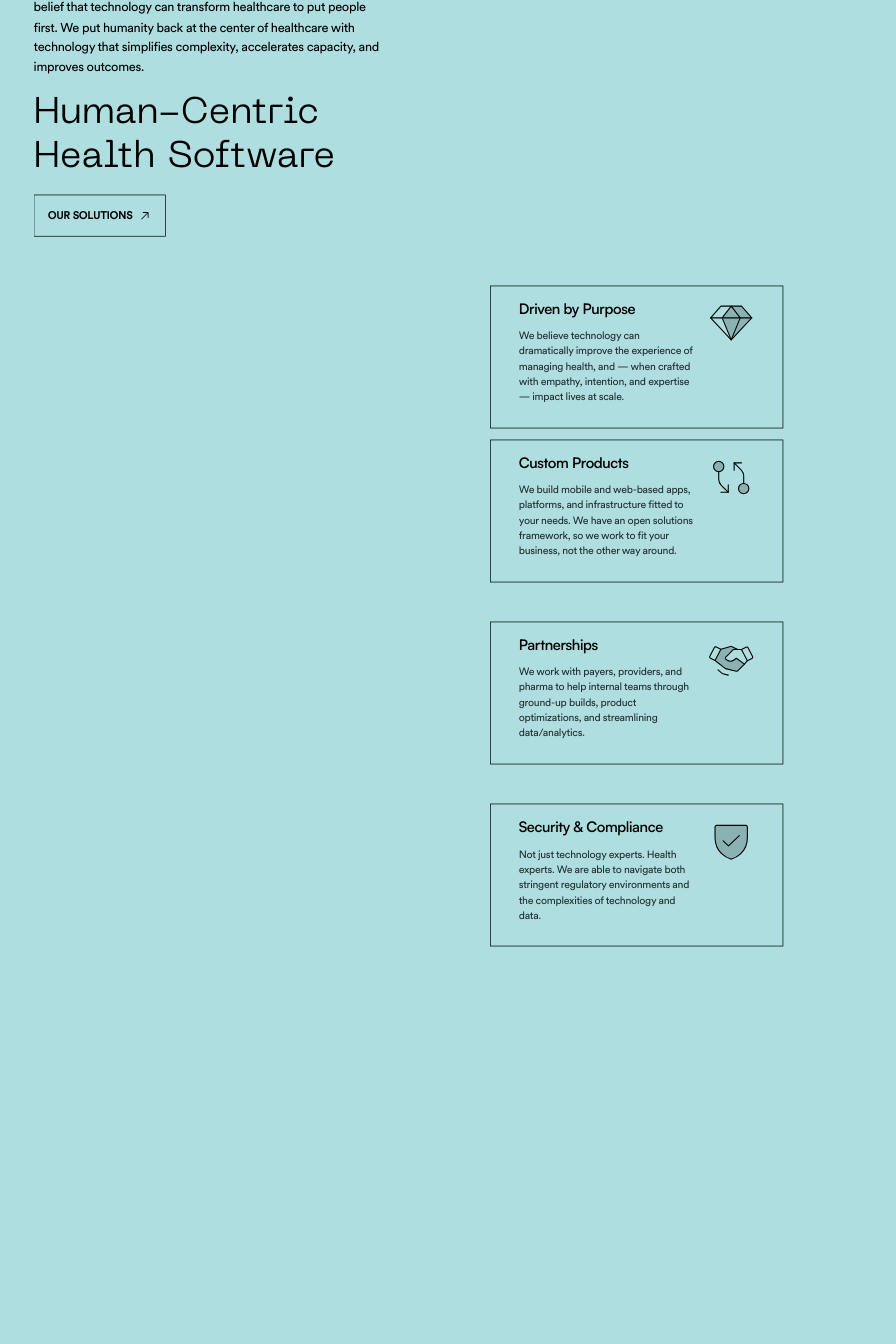
Repository: nikhilsinghrathore1/CAC_Ki_Majdoori
Page: /
The author's editor kept a copy of each file at every save. The page is drawn from the files as they stood at one save, then again after the next save.
The browser window is 1280 px wide. The pictures show the part of the page from y = 960 to 2880 px (the page is 2880 px tall), at 70% of full size.
The project was rebuilt for these pictures with package versions that can differ from the ones it lists, and the page was loaded fresh each time. Also part of the build but not shown: vite.config.ts.

Above is the page before, as saved 2024-07-24 23:40:06.

After the next save:
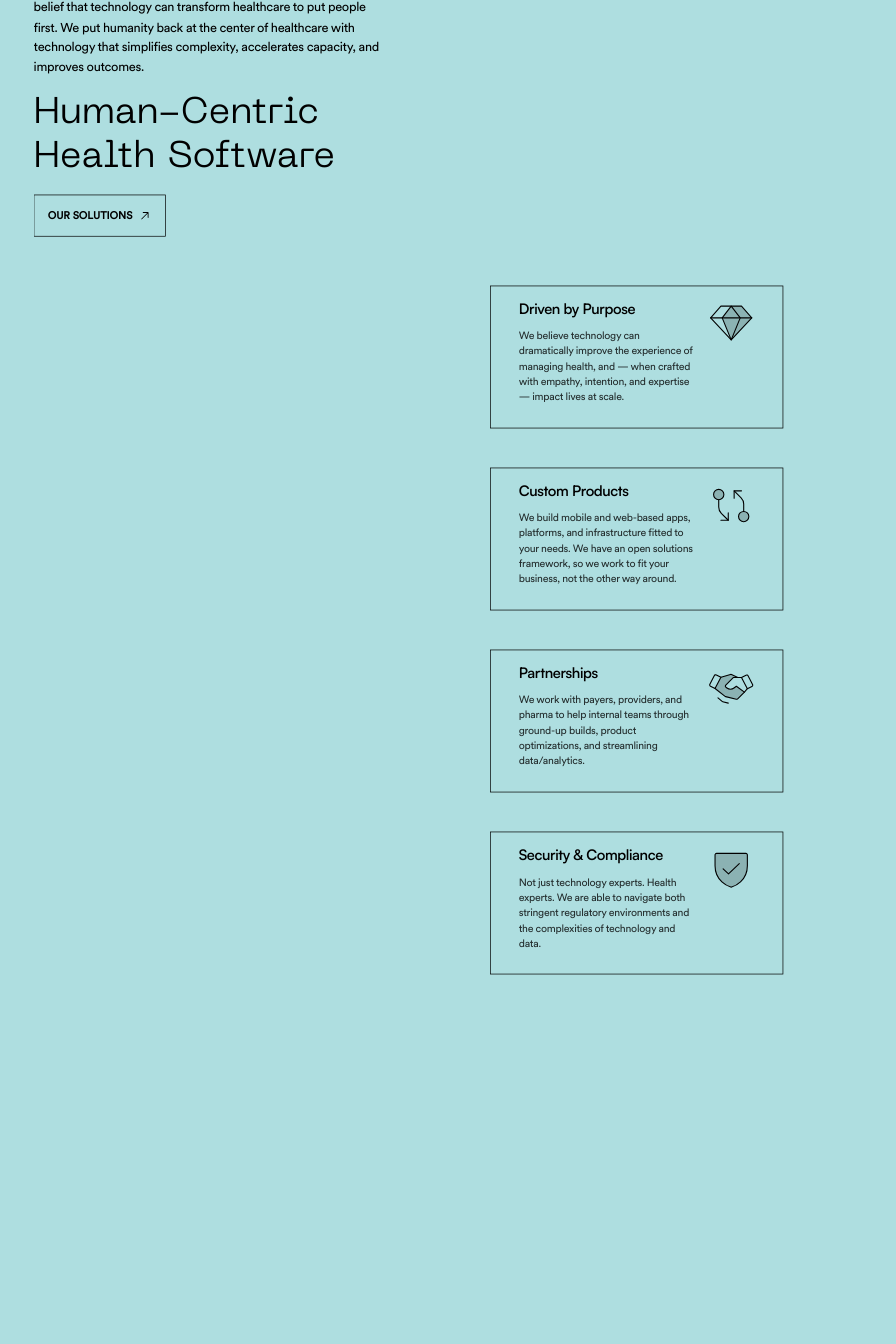
Saved 4 s later.
--- a/src/Pages/ThirdTest.tsx
+++ b/src/Pages/ThirdTest.tsx
@@ -25,7 +25,7 @@
 </svg>}/>
 
                               </div>
-                              <div className=' w-[77%] mt-4 origin-center ml-3  transition-all  pt-4  flex justify-between gap-4 px-10 border border-black h-[13.5%]'>
+                              <div className=' w-[77%] mt-14 origin-center ml-3  transition-all  pt-4  flex justify-between gap-4 px-10 border border-black h-[13.5%]'>
                                             <InsideAbout mainText={"Custom Products"} para={"We build mobile and web-based apps, platforms, and infrastructure fitted to your needs. We have an open solutions framework, so we work to fit your business, not the other way around."} svg={<svg width="100%" height="40%" viewBox="0 0 64 64" fill="none" xmlns="http://www.w3.org/2000/svg">
 <path opacity="0.2" d="M49.0005 54C52.8665 54 56.0005 50.866 56.0005 47C56.0005 43.134 52.8665 40 49.0005 40C45.1345 40 42.0005 43.134 42.0005 47C42.0005 50.866 45.1345 54 49.0005 54Z" fill="currentColor"></path>
 <path opacity="0.2" d="M15 24C18.866 24 22 20.866 22 17C22 13.134 18.866 10 15 10C11.134 10 8 13.134 8 17C8 20.866 11.134 24 15 24Z" fill="currentColor"></path>
